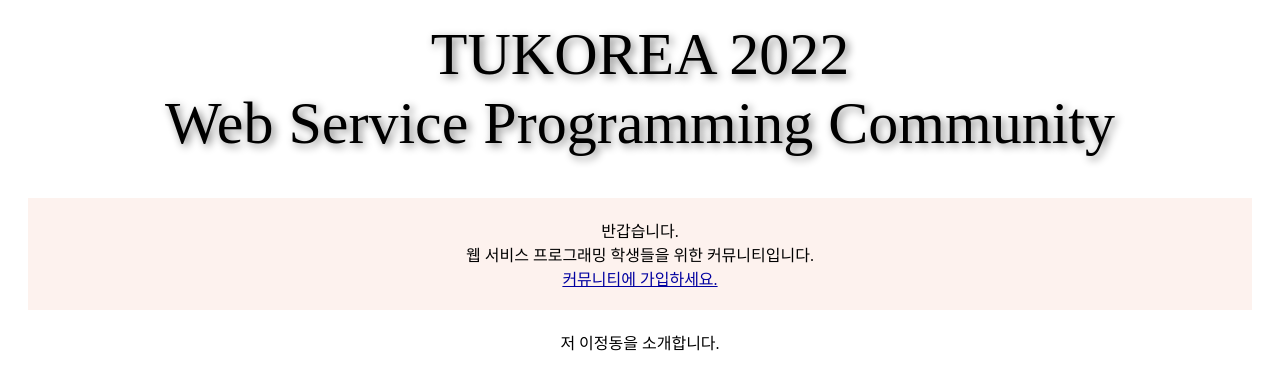
Repository: ljdongz/jsp-project
Page: project1/jeongdong_reg/src/main/webapp/welcome.html
These files come from the project's save history. The page is drawn as it stood at one moment and after the next save; the edit follows.
The browser window is 1280 px wide. The pictures show the whole page.

Above is the page before, as saved 2022-09-27 14:34:19.

After the next save:
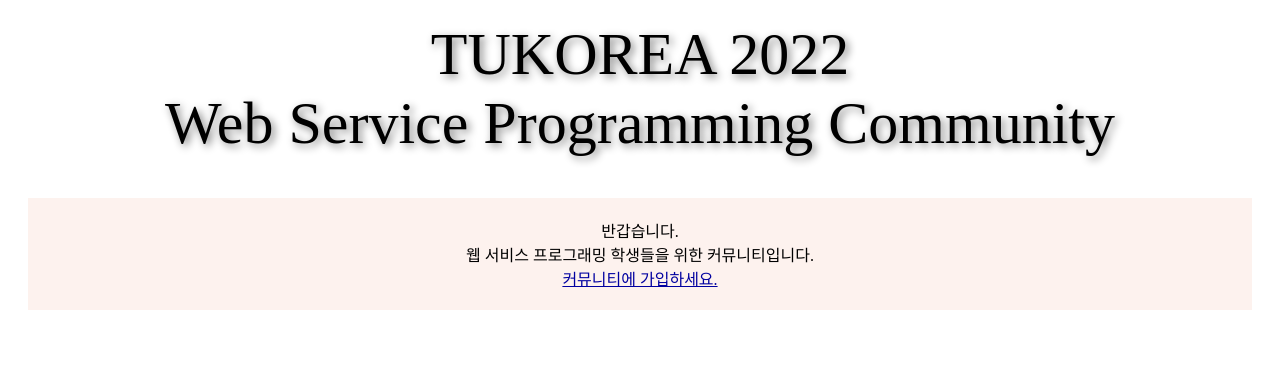
Saved 10 h 44 min later.
--- a/project1/jeongdong_reg/src/main/webapp/welcome.html
+++ b/project1/jeongdong_reg/src/main/webapp/welcome.html
@@ -12,8 +12,5 @@
 		<a href="http://localhost:8080/jeongdong_reg/StudentSevlet?cmd=join" target="_self">커뮤니티에 가입하세요.</a>
 	</p>
 
-	<div>
-		<p>저 이정동을 소개합니다.</p>
-	</div>
 </body>
 </html>
